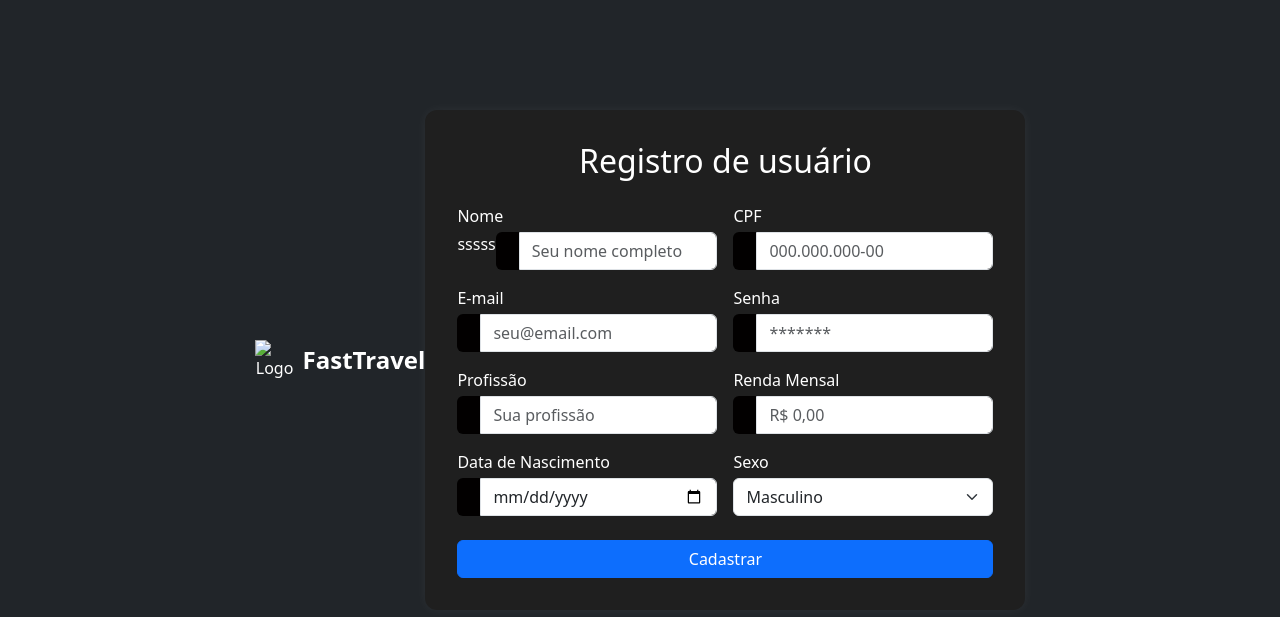
Repository: Suttiago/fasttravel-back
Page: app/templates/Cadastro.html
An editor plug-in stored every save of this project. The page is shown before and after the next save, followed by the edit.
The browser window is 1280 px wide. The pictures show the whole page.
The template is drawn by Flask 3. The application's start-up code is not run. The template is opened directly, without the code that normally fills it, so the values that code supplies are empty.

Above is the page before, as saved 2025-05-30 10:41:05.
Not found: static/logo_branca.png

After the next save:
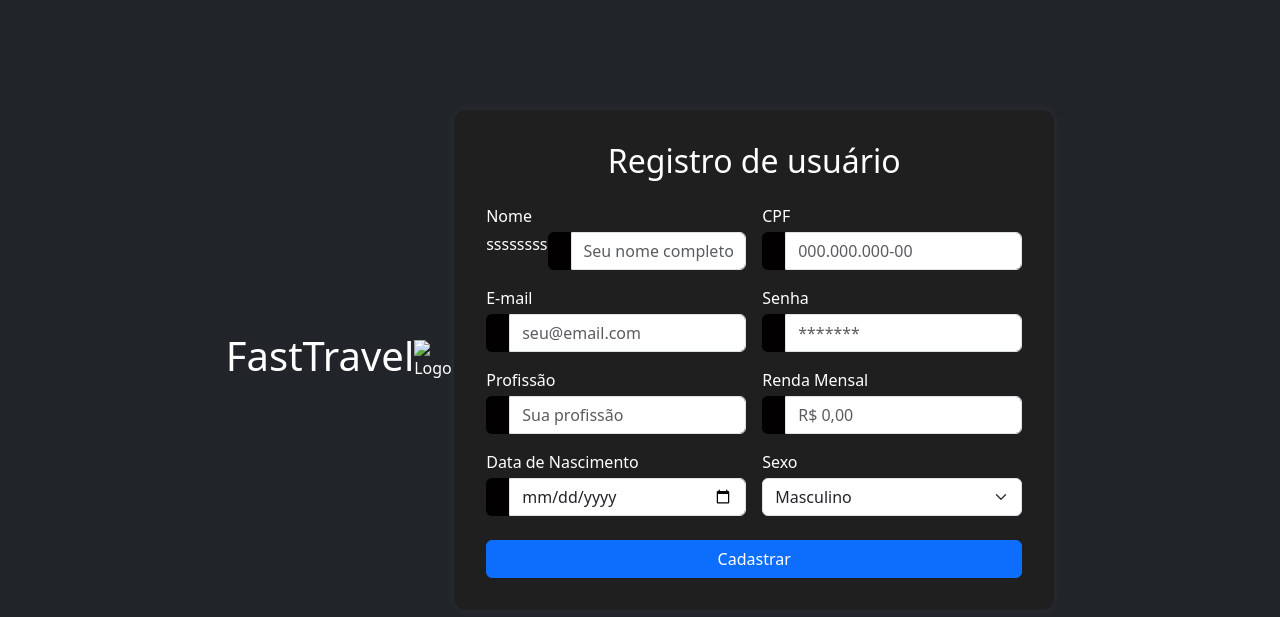
Saved 57 s later.
--- a/app/templates/Cadastro.html
+++ b/app/templates/Cadastro.html
@@ -12,21 +12,16 @@
 </head>
 
 <body class="bg-dark text-white">
-
- <div class="branding text-center my-4">
-  <div class="d-inline-flex align-items-center gap-2">
+    <h1>FastTravel</h1>
     <img src="{{ url_for('static', filename='logo_branca.png') }}" alt="Logo FastTravel" width="40" height="40">
-    <span class="fs-4 fw-bold text-white">FastTravel</span>
-  </div>
 </div>
-
   <div class="form-container">
     <h2 class="text-center mb-4">Registro de usuário</h2>
     <form action="/usuarios" method="POST">
       <div class="row g-3">
         <div class="col-md-6">
           <label for="nome" class="form-label">Nome</label>
-          <div class="input-group">sssss
+          <div class="input-group">ssssssss
             <span class="input-group-text"><i class="bi bi-person"></i></span>
             <input type="text" class="form-control" id="nome" name="nome" placeholder="Seu nome completo" required>
           </div>
